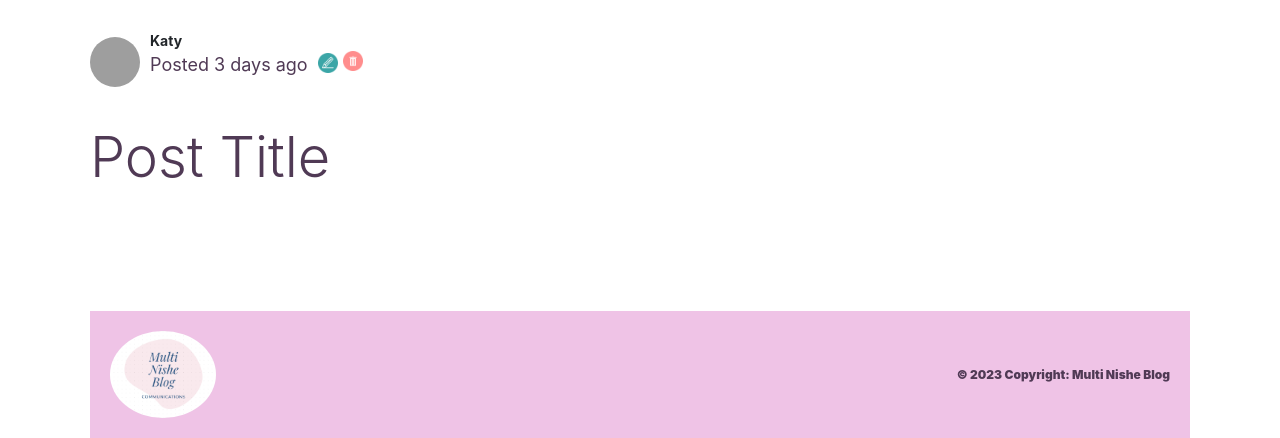
Repository: LolaSL/multi-niche-blog
Page: /post/1 (app in frontend/)
The author's editor kept a copy of each file at every save. The page is drawn from the files as they stood at one save, then again after a run of saves.
The browser window is 1280 px wide. The pictures show the part of the page from y = 439 to 923 px (the page is 877 px tall before and 923 px after).
Pictures or frames that could not be fetched are drawn as grey boxes. The project was rebuilt for these pictures with package versions that can differ from the ones it lists, and the page was loaded fresh each time. Also part of the build but not shown: frontend/src/pages/Register.jsx, frontend/src/pages/Login.jsx, frontend/src/pages/CreatePost.jsx, frontend/src/pages/Home.jsx.

Above is the page before, as saved 2023-01-29 10:36:13.

### frontend/public/index.html
<!DOCTYPE html>
<html lang="en">
  <head>
    <meta charset="utf-8" />
    <link rel="icon" href="%PUBLIC_URL%/favicon.ico" />
    <meta name="viewport" content="width=device-width, initial-scale=1" />
    <meta name="theme-color" content="#000000" />
    <meta
      name="description"
      content="Web site created using create-react-app"
    />
    <link rel="apple-touch-icon" href="%PUBLIC_URL%/logo192.png" />
    <!--
      manifest.json provides metadata used when your web app is installed on a
      user's mobile device or desktop. See https://developers.google.com/web/fundamentals/web-app-manifest/
    -->
    <link rel="manifest" href="%PUBLIC_URL%/manifest.json" />
    <link rel="stylesheet" href="https://cdn.jsdelivr.net/npm/bootstrap@5.2.3/dist/css/bootstrap.min.css"
    integrity="sha384-rbsA2VBKQhggwzxH7pPCaAqO46MgnOM80zW1RWuH61DGLwZJEdK2Kadq2F9CUG65" crossorigin="anonymous" />
  <link rel="stylesheet" href="https://cdnjs.cloudflare.com/ajax/libs/font-awesome/6.2.1/css/all.min.css" />
    <!--
      Notice the use of %PUBLIC_URL% in the tags above.
      It will be replaced with the URL of the `public` folder during the build.
      Only files inside the `public` folder can be referenced from the HTML.

      Unlike "/favicon.ico" or "favicon.ico", "%PUBLIC_URL%/favicon.ico" will
      work correctly both with client-side routing and a non-root public URL.
      Learn how to configure a non-root public URL by running `npm run build`.
    -->
    <title>React App</title>
  </head>
  <body>
    <noscript>You need to enable JavaScript to run this app.</noscript>
    <div id="root"></div>
    <!--
      This HTML file is a template.
      If you open it directly in the browser, you will see an empty page.

      You can add webfonts, meta tags, or analytics to this file.
      The build step will place the bundled scripts into the <body> tag.

      To begin the development, run `npm start` or `yarn start`.
      To create a production bundle, use `npm run build` or `yarn build`.
    -->
  </body>
</html>

### frontend/src/index.css
body {
  margin: 0;
  font-family: -apple-system, BlinkMacSystemFont, "Segoe UI", "Roboto", "Oxygen",
    "Ubuntu", "Cantarell", "Fira Sans", "Droid Sans", "Helvetica Neue",
    sans-serif;
  -webkit-font-smoothing: antialiased;
  -moz-osx-font-smoothing: grayscale;
}

code {
  font-family: source-code-pro, Menlo, Monaco, Consolas, "Courier New",
    monospace;
}
.app {
  display: flex;
}
.link {
  text-decoration: none;
  color: inherit;
}
.container {
  width: 1124px;
}
/* Login & Registration */

h1 {
  font-size: 20px;
  color: hsl(331, 71%, 80%);
  margin-bottom: 20px;
}
.small-container {
  max-width: 600px;
}
.btn {
 background-color: white;
  font-weight: bold;
  color:  hsl(289, 19%, 28%);
  border: 1px solid hsl(289, 19%, 28%);
}
.btn:hover {
   background-color: hsl(289, 19%, 28%);
  font-weight: bold;
}

/* Navbar */
.logo-image {
  background-color: rgb(237, 203, 233);
  width: 40%;
  height: 40%;
  border-radius: 50%;
}
h6 {
  font-size: 16px;
  font-weight: 300;
  margin: 10px;
  color: hsl(205, 100%, 17%);
}
.navbar {
  padding: 10px 0;
  justify-content: space-between;
  width: 1124px;
}

.links {
  display: flex flex;
  align-items: center;
  gap: 15px;
}
.create {
  background-color:  hsl(312, 58%, 85%);
  width: 60px;
  height: 60px;
  border-radius: 50%;
  display: flex;
  align-items: center;
  justify-content: center;
  font-weight: 600;
  border: 1px solid white;
  color: hsl(289, 19%, 28%);
}
.create:hover {
  color: white;
  background-color: hsl(289, 19%, 28%);
  border: 1px solid hsl(264, 25%, 63%);
  font-weight: 600;
}
/* Footer */
footer {
  margin-top: 100px;
  padding: 20px;
  background-color: hsl(312, 58%, 85%);
  display: flex;
  align-items: center;
  justify-content: space-between;
  font-size: 12px;
  color: hsl(289, 19%, 28%);
}
.footer-image {
  background-color: hsl(312, 58%, 85%);
  width: 10%;
  height: 10%;
  border-radius: 50%;
}

/* Home */
.posts {
  margin-top: 50px;
  display: flex;
  flex-direction: column;
  gap: 150px;
}
.post {
  display: flex;
  gap: 100px;
}
.post:nth-child(2n + 1) {
  flex-direction: row-reverse;
}

.post-image {
  flex: 2;
  position: relative;

}
.post-image::after {
  content: "";
  width: 100%;
  height: 100%;
  background-color: hsl(331, 71%, 80%);
  position: absolute;
  top: 20px;
  left: -20px;
  z-index: -1;
}

img {
  width: 100%;
  max-height: 400px;
  object-fit: cover;
}
.content {
  flex: 3;
  display: flex;
  flex-direction: column;
  justify-content: space-between;
}
h1 {
  font-size: 48px;
  color:hsl(289, 19%, 28%);
}

p {
  font-size: 18px;
  color:hsl(289, 19%, 28%);
}

button {
  width: max-content;
  padding: 10px 20px;
  border: none;
  cursor: pointer;
}
/* Post */
.single-post{
  display: flex;
  gap: 50px;

}

.content {
  flex: 5;
  display: flex;
  flex-direction: column;
  gap: 30px;
}

.user {
  display: flex;
  align-items: center;
  gap: 10px;
  font-size: 14px;
}

.user-image{
  width: 50px;
  height: 50px;
  border-radius: 50%;
  object-fit: cover;
}

.content-image {
  width: 100%;
  height: 300px;
  object-fit: cover;
}
span {
  font-weight: bold;
}

.edit {
  display: flex;
  gap: 5px;
}

.logo-buttons{
  width: 20px;
  height: 20px;
  cursor: pointer;
}

### frontend/src/App.js
import React from "react";
import { createBrowserRouter, RouterProvider, Outlet } from "react-router-dom";
import Register from './pages/Register';
import Login from './pages/Login';
import Post from './pages/Post';
import CreatePost from './pages/CreatePost';
import Home from './pages/Home';
import Navbars from "./components/Navbars";
import Footer from "./components/Footer";
import Container from "react-bootstrap/Container";

const Layout = () => {
  return(
    <>
    <Navbars />
    <Outlet/>
    <Footer />
    </>
  )
}
const router = createBrowserRouter([
  {
    path: "/", element: <Layout />,
    children: [
      { path: "/", element: <Home /> },
      { path: "/post/:id", element: <Post /> },
      { path: "/createpost", element: <CreatePost /> },
    ]

  },
  { path: "/register", element: <Register /> },
  { path: "/login", element: <Login /> },
]);

function App() {
  return (
    <div className="App">
      <Container className="container">
             <RouterProvider router={router}></RouterProvider>
</Container>


    </div>
  );
}




export default App;

### frontend/src/pages/Post.jsx
import React from 'react';
import Edit from "../img/edit.png";
import Delete from "../img/delete.png";
import { Link } from "react-router-dom";


const Post = () => {


  return(
<div className="single-post">
      <div className="content">
        <img src="https://images.pexels.com/photos/7008010/pexels-photo-7008010.jpeg?auto=compress&cs=tinysrgb&w=1260&h=750&dpr=2" alt="" className="content-image" />
        <div className="user">
          <img
            src="https://images.unsplash.com/photo-1494790108377-be9c29b29330?ixlib=rb-4.0.3&ixid=MnwxMjA3fDB8MHxzZWFyY2h8NXx8dXNlcnxlbnwwfHwwfHw%3D&w=1000&q=80"
            alt=""
            className="user-image"
          />
          <div className="info">
            <span>Katy</span>
            <p>Posted 3 days ago</p>
          </div>

            <div className="edit">
              <Link to={`/write?edit=2`} >
                <img src={Edit} alt="" className="logo-buttons"/>
              </Link>
              <img  src={Delete} alt="Delete" className="logo-buttons"/>
            </div>

        </div>
        <h1 className="post-title display-4">Post Title</h1>
           </div>
      <div className="menu">m</div>
    </div>
  );
};

export default Post;

### frontend/src/components/Navbars.jsx
import React from "react"; // { useContext }
import { Link } from "react-router-dom";
// import { AuthContext } from "../context/authContext";
import Logo from "../img/logo.PNG";
import Container from "react-bootstrap/Container";
// import Nav from "react-bootstrap/Nav";
import Navbar from "react-bootstrap/Navbar";

const Navbars = () => {
  //   const { currentUser, logout } = useContext(AuthContext);

  return (
    <Navbar className="navbar nav" expand="lg">
      <Container className="container">
        <Navbar.Brand className="logo">
          <Link to="/">
            <img src={Logo} alt="Logo" className="logo-image" />
          </Link>
        </Navbar.Brand>
        <Navbar.Toggle aria-controls="basic-navbar-nav mb-4" />
        <Navbar.Collapse id="basic-navbar-nav" className="links me-auto w-100">
            <div>
              <Link className="link" to="/?cat=art">
                <h6>ART</h6>
              </Link>
            </div>
            <div>
              <Link className="link" to="/?cat=science">
                <h6>SCIENCE</h6>
              </Link>
            </div>
            <div>
              <Link className="link" to="/?cat=technology">
                <h6>MUSIC</h6>
              </Link>
            </div>
            <div>
              <Link className="link" to="/?cat=cinema">
                <h6>CINEMA</h6>
              </Link>
            </div>
            <div>
              <Link className="link" to="/?cat=design">
                <h6>DESIGN</h6>
              </Link>
            </div>
            <div>
              <Link className="link" to="/?cat=food">
                <h6>FOOD</h6>
              </Link>
            </div>
            {/* <span>{currentUser?.username}</span>
          {currentUser ? (
            <span onClick={logout}>Logout</span>
          ) : ( */}
            <div>
              <Link className="link" to="/login">
                Login
              </Link>
            </div>
            {/* )} */}
            <span className="create mt-2">
              <div>
                <Link className="link" to="/createpost">
                  Create
                </Link>
              </div>
            </span>
        </Navbar.Collapse>
      </Container>
    </Navbar>
  );
};

export default Navbars;

### frontend/src/components/Footer.jsx
import React from "react";
import Logo from "../img/logo.PNG";

const Footer = () => {
  return (
    <footer>
      <img src={Logo} alt="Footet"  className="footer-image"/>
      <span>
        <b>&copy; {new Date().getFullYear()} Copyright: Multi Nishe Blog</b>
      </span>
    </footer>
  );
};

export default Footer;

Loaded but not shown: frontend/src/index.js (common file); frontend/src/reportWebVitals.js (common file)

After the next 2 saves:
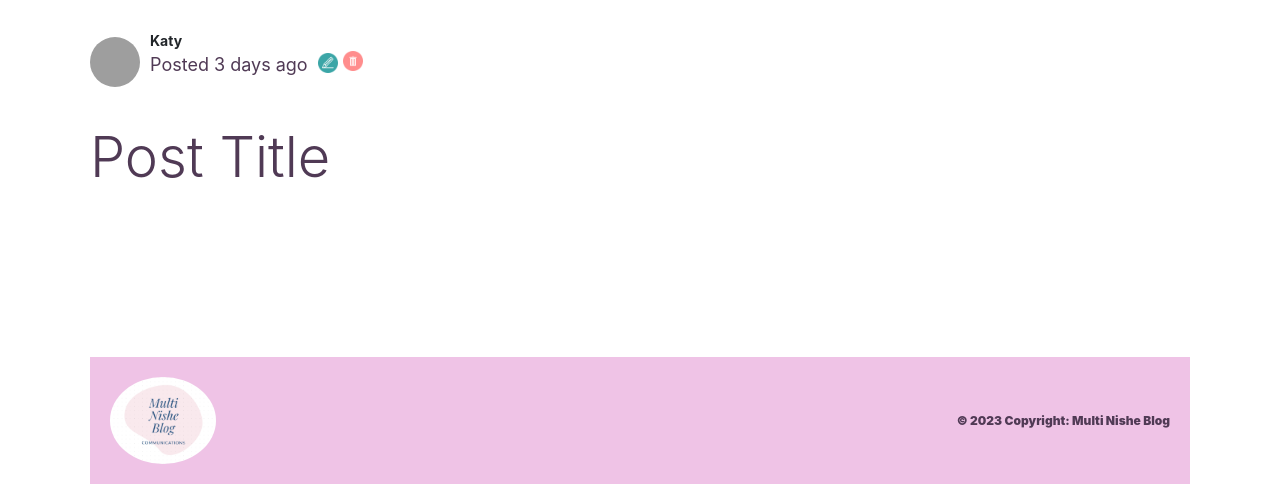
The 2 saves are shown as one change because they came seconds apart.
The last was saved 54 s later.
--- a/frontend/src/pages/Post.jsx
+++ b/frontend/src/pages/Post.jsx
@@ -31,7 +31,8 @@ const Post = () => {
 
         </div>
         <h1 className="post-title display-4">Post Title</h1>
-           </div>
+           <p></p>
+      </div>
       <div className="menu">m</div>
     </div>
   );
